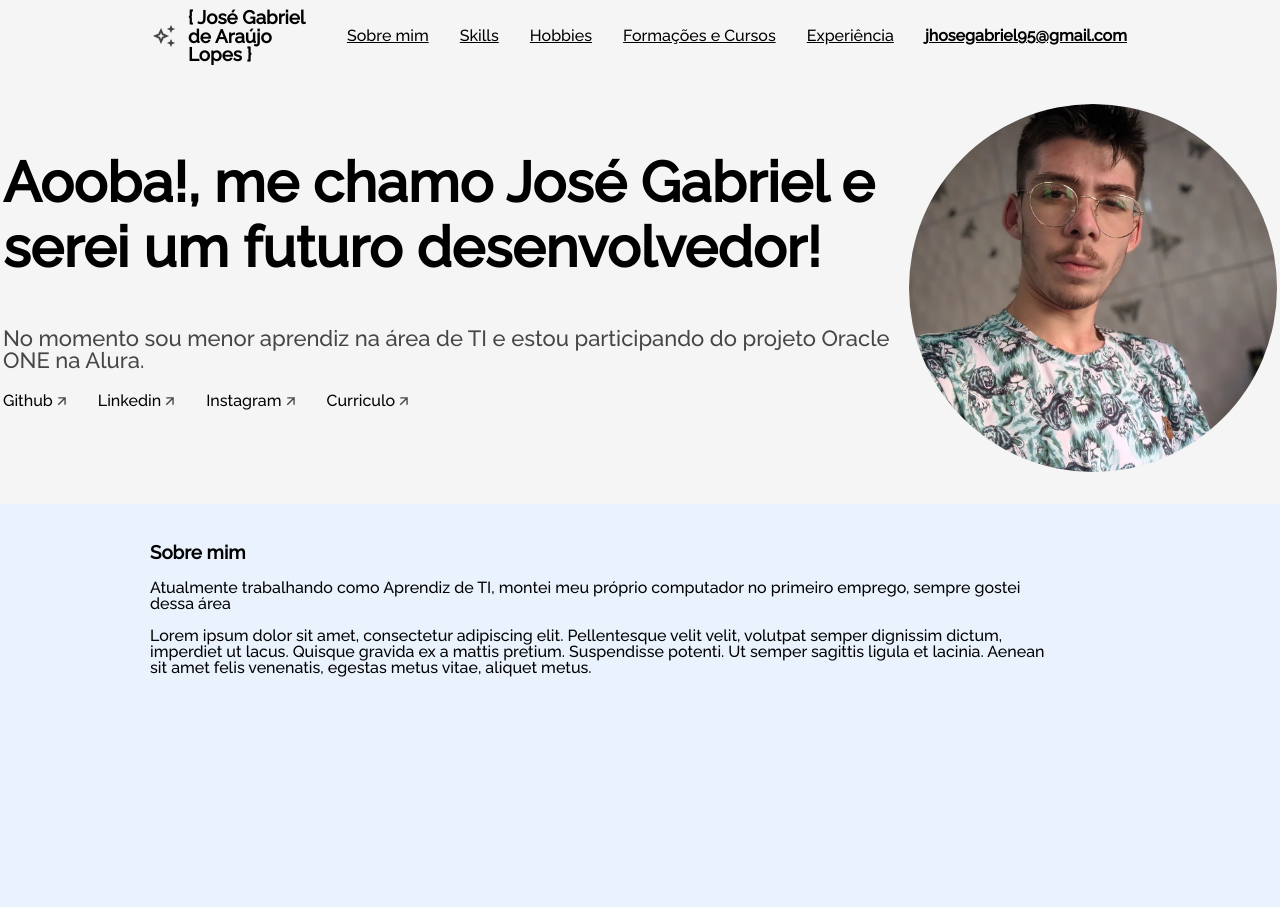
Repository: GabbLps/Portfolio
Page: index.html
An editor plug-in stored every save of this project. The page is shown before and after the next save, followed by the edit.
The browser window is 1280 px wide. The pictures show the whole page.

Above is the page before, as saved 2022-06-23 01:50:02.

### index.html
<!DOCTYPE html>
<html lang="en">
<head>
    <meta charset="UTF-8">
    <meta http-equiv="X-UA-Compatible" content="IE=edge">
    <meta name="viewport" content="width=device-width, initial-scale=1.0">

    <!-- Folha de estilo de CSS Linkado -->
    <link rel="stylesheet" href="style.css">

    <link rel="preconnect" href="https://fonts.googleapis.com">
    <link rel="preconnect" href="https://fonts.gstatic.com" crossorigin>

    <!-- Fonte do Projeto Raleway -->
    <link href="https://fonts.googleapis.com/css2?family=Raleway:wght@500&display=swap" rel="stylesheet">

    <title>Portifólio Pessoal</title>
</head>
<body>
    <!-- Menu Principal-->
    <div class="all">
        <section class="menu">
            <header>
                <img class="img__menu" src="assets\vector.png">
                <h3 class="menu__title">{ José Gabriel de Araújo Lopes }</h3>
            </header>
            <nav>
                <ul class="menu__list">
                    <li class="menu__list__item"><a href="#sobremim">Sobre mim</a></li>
                    <li class="menu__list__item"><a href="#skills">Skills</a></li>
                    <li class="menu__list__item"><a href="#hobbies">Hobbies</a></li>
                    <li class="menu__list__item"><a href="#formacao">Formações e Cursos</a></li>
                    <li class="menu__list__item"><a href="#xp">Experiência</a></li>
                    <li class="menu__list__item"><a href="#contato"><b>jhosegabriel95@gmail.com</b></a></li>
                </ul>
            </nav>
        </section>

        <!-- Sessão de Header/Title/Hero -->
        <section class="title">
            <div class="title__div">
                <img class="title__profile" src="assets\profile.jpg">
                <div class="title__container" id="#sobremim">
                    <h2 class="title__bio">Aooba!, me chamo José Gabriel e serei um futuro desenvolvedor!</h2>
                    <p class="title__subsection">No momento sou menor aprendiz na área de TI e estou participando do projeto Oracle ONE na Alura.</p>
                    <ul class="title__network">
                        <!-- Ponha os links de suas redes sociais favoritas -->
                        <li class="title__network__item"><a href="https://github.com/GabbLps" target="_blank">Github <img src="assets\arrow.png"> </a></li>
                        <li class="title__network__item"><a href="https://www.linkedin.com/in/josegabrielalopes/" target="_blank">Linkedin <img src="assets\arrow.png"></a></li>
                        <li class="title__network__item"><a href="https://www.instagram.com/gabbriel.lps/" target="_blank">Instagram <img src="assets\arrow.png"></a></li>
                        <li class="title__network__item"><a href="curriculo.pdf" target="_blank">Curriculo <img src="assets\arrow.png"></a></li>
                    </ul>
                </div>
            </div>
        </section>

        <!-- Sessão sobre mim -->
        <section class="about">
            <div class="about__container">
                <h3 class="about__title">Sobre mim</h3>
                <p class="about__paragraph">Atualmente trabalhando como Aprendiz de TI, montei meu próprio computador no primeiro emprego, sempre gostei dessa área </p>
                <p class="about__paragraph">Lorem ipsum dolor sit amet, consectetur adipiscing elit. Pellentesque velit velit, volutpat semper dignissim dictum, imperdiet ut lacus. Quisque gravida ex a mattis pretium. Suspendisse potenti. Ut semper sagittis ligula et lacinia. Aenean sit amet felis venenatis, egestas metus vitae, aliquet metus.</p>
            </div>
        </section>


    </div>
</body>
</html>

### style.css
:root{
    --cor-de-fundo: #F5F5F5;
    --cor-de-link: #000;
    --cor-de-titulos: #464646;
    --cor-fundo-azul: #EAF2ED;
    --cor-caixas: #FBFBFB;
    --azul-botoes: #2A74E4;
}

html {
    background-color: var(--cor-de-fundo);
}

body {
    box-sizing: border-box;
    background-color: var(--cor-de-fundo) ;
    font-family: 'Raleway';
    margin: 0;
    padding: 0;
    line-height: 1;
}

ol, ul,li {
    list-style: none;
}

a{
    text-decoration: none;
    color: var(--cor-de-link);
}

/*Sessão Menu*/

section.menu{
    display: flex;
    justify-content: space-between;
    align-items: center;
    align-content: flex-end;
    height: 10vh;
    margin: 0 153px;
}

section header {
    display: flex;
    align-items: center;
    font-weight: 700;
}

header img {
    margin-right: 13px;
    user-select: none;
}

/* Sessão lista de navegação  */

nav ul.menu__list {
    display: flex;
    justify-content: space-between;
    width: 780px;
    font-size: 16px;
    text-decoration: underline;
}

/*Sessão Title*/

div.title__div{
    display: flex;
    flex-direction: row-reverse;
    justify-content: space-around;
    align-content: center;
    margin: 0 auto;
}

div.title__container{
    width: 900px;
}

div.title__container h2{
    font-size: 56px;
    font-weight: 700;
    line-height: 65px;
}

section.title{
    margin: 32px 0;
}


.title__subsection {
    font-size: 22px;
    color: var(--cor-de-titulos);
    font-weight: 400;
    line-height: 22px;
}

.title__profile{
    width: 368px;
    height: 368px;
    border-radius: 50%;
}

ul.title__network{
    display: flex;
    flex-direction: row;
    gap: 32px;
    padding: 0;
    font-weight: 500;
}

ul li.title__network__item{
    font-size: 16px;
    font-weight: 500;
}


section.about{
    width: auto;
    height: 383px;
    background-color: #EAF2FD;
    padding-top: 20px;
    padding-left: 150px;
}

div.about__container{
    max-width: 900px;
}

.about__title h3{
    font-size: 32px;
}

After the next save:
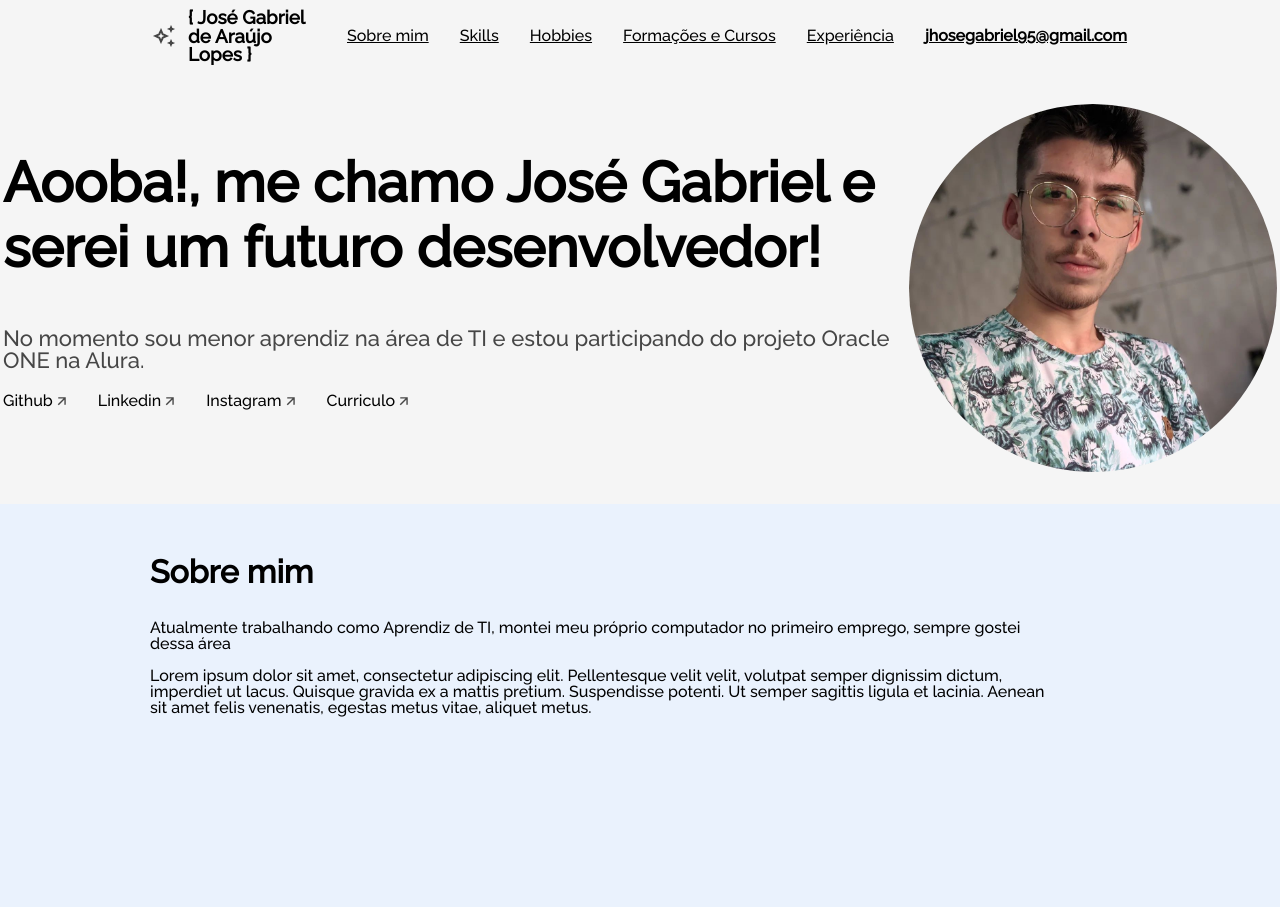
Saved 7 s later.
--- a/style.css
+++ b/style.css
@@ -125,6 +125,6 @@
     max-width: 900px;
 }
 
-.about__title h3{
+.about__title {
     font-size: 32px;
 }
